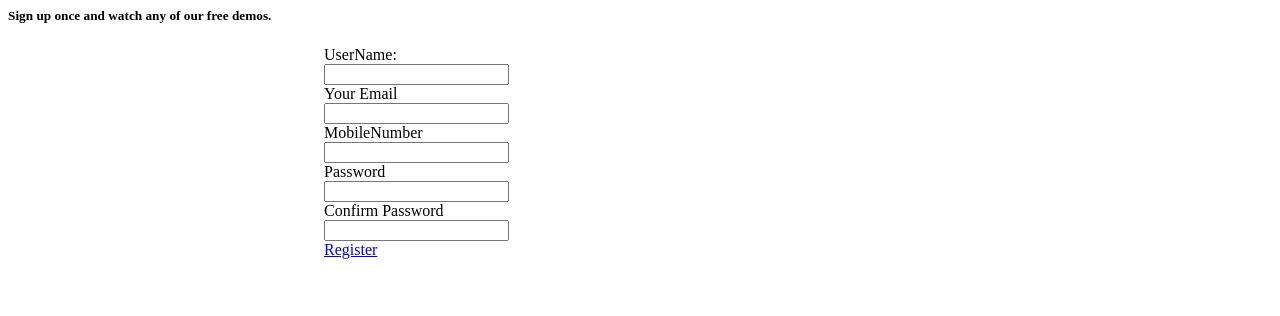
Repository: SUPRIGA/SecondProject
Page: CollaborationFrontEnd/src/main/webapp/user/register.html
An editor plug-in stored every save of this project. The page is shown before and after the next save, followed by the edit.
The browser window is 1280 px wide. The pictures show the whole page.

Above is the page before, as saved 2017-01-16 08:47:40.

### CollaborationFrontEnd/src/main/webapp/user/register.html

	<!--
			<form ng-submit="ctrl.submit()" method="post" style="margin-left: 25%;" name="myForm">
			<h2 style="margin-bottom: 0em;">Register Here</h2>
			<section class="content bgcolor-1" style="margin-top: -3em;">
					<span class="input input--nao" style="margin-top: 0em;">
					<input class="input__field input__field--nao" type="text" id="userName" name="userName" ng-model="ctrl.user.userName" />
					<label class="input__label input__label--nao" for="userName">
						<span class="input__label-content input__label-content--nao">Username</span>
					</label>
					<svg class="graphic graphic--nao" width="300%" height="100%" viewBox="0 0 1200 60" preserveAspectRatio="none">
						<path d="M0,56.5c0,0,298.666,0,399.333,0C448.336,56.5,513.994,46,597,46c77.327,0,135,10.5,200.999,10.5c95.996,0,402.001,0,402.001,0"/>
					</svg>
				</span><br>

					<span class="input input--nao" style="margin-top: -1em;">
					<input class="input__field input__field--nao " type="password" id="passWord" name="passWord" ng-model="ctrl.user.passWord" required  ng-minlength="8"/>
					<label class="input__label input__label--nao" for="passWord">
						<span class="input__label-content input__label-content--nao password">Password</span>
					</label>
					<svg class="graphic graphic--nao" width="300%" height="100%" viewBox="0 0 1200 60" preserveAspectRatio="none">
						<path d="M0,56.5c0,0,298.666,0,399.333,0C448.336,56.5,513.994,46,597,46c77.327,0,135,10.5,200.999,10.5c95.996,0,402.001,0,402.001,0"/>
					</svg>
				</span><br>
					<span class="input input--nao " style="margin-top: -1em;">
					<input class="input__field input__field--nao" type="password" id="confirmPass" name="confirmPass" ng-model="ctrl.user.confirmPass" onkeyup="checkPass(); return false;"/>
					<label class="input__label input__label--nao" for="confirmPass">
						<span class="input__label-content input__label-content--nao">Confirm Password</span>
					</label>
					<svg class="graphic graphic--nao" width="300%" height="100%" viewBox="0 0 1200 60" preserveAspectRatio="none">
						<path d="M0,56.5c0,0,298.666,0,399.333,0C448.336,56.5,513.994,46,597,46c77.327,0,135,10.5,200.999,10.5c95.996,0,402.001,0,402.001,0"/>
					</svg>
				</span><span id="confirmMessage" class="confirmMessage"></span><br>
				<span class="input input--nao" style="margin-top: -1em;">
					<input class="input__field input__field--nao" type="email" id="emailId" name="emailId" ng-model="ctrl.user.emailId"/>
					<label class="input__label input__label--nao" for="emailId">
						<span class="input__label-content input__label-content--nao">Email</span>
					</label>
					<svg class="graphic graphic--nao" width="300%" height="100%" viewBox="0 0 1200 60" preserveAspectRatio="none">
						<path d="M0,56.5c0,0,298.666,0,399.333,0C448.336,56.5,513.994,46,597,46c77.327,0,135,10.5,200.999,10.5c95.996,0,402.001,0,402.001,0"/>
					</svg>
				</span><br>
				<span class="input input--nao" style="margin-top: -1em;">
					<input class="input__field input__field--nao" type="text" id="phoneNo" name="phoneNo" ng-model="ctrl.user.phoneNo"/>
					<label class="input__label input__label--nao" for="phoneNo">
						<span class="input__label-content input__label-content--nao">Phone Number</span>
					</label>
					<svg class="graphic graphic--nao" width="300%" height="100%" viewBox="0 0 1200 60" preserveAspectRatio="none">
						<path d="M0,56.5c0,0,298.666,0,399.333,0C448.336,56.5,513.994,46,597,46c77.327,0,135,10.5,200.999,10.5c95.996,0,402.001,0,402.001,0"/>
					</svg>
				</span><br>
				<span class="input input--nao" style="margin-top: -1em;">
					<input class="input__field input__field--nao" type="text" id="address" name="address" ng-model="ctrl.user.address"/>
					<label class="input__label input__label--nao" for="address">
						<span class="input__label-content input__label-content--nao">Address</span>
					</label>
					<svg class="graphic graphic--nao" width="300%" height="100%" viewBox="0 0 1200 60" preserveAspectRatio="none">
						<path d="M0,56.5c0,0,298.666,0,399.333,0C448.336,56.5,513.994,46,597,46c77.327,0,135,10.5,200.999,10.5c95.996,0,402.001,0,402.001,0"/>
					</svg>
				</span><br>
					<span class="input input--nao" style="margin-top: -1em;">
					<input class="input__field input__field--nao" type="text" id="zipCode" name="zipCode" ng-model="ctrl.user.zipCode"/>
					<label class="input__label input__label--nao" for="zipCode">
						<span class="input__label-content input__label-content--nao">Zip Code</span>
					</label>
					<svg class="graphic graphic--nao" width="300%" height="100%" viewBox="0 0 1200 60" preserveAspectRatio="none">
						<path d="M0,56.5c0,0,298.666,0,399.333,0C448.336,56.5,513.994,46,597,46c77.327,0,135,10.5,200.999,10.5c95.996,0,402.001,0,402.001,0"/>
					</svg>
				</span><br>
				<span class="input input--nao" style="margin-top: 0em;" >
					<select name="role" ng-model="ctrl.user.role" style="outline: none; border-left: none; border-right: none; border-top: none; width: 100%;">
					<option value="">Select your Role</option>
						<option value="student">Student</option>
						<option value="alumini">Alumini</option>
						<option value="employee">Employee</option>
					</select>
				</span><br>
				<div class="row">
				<span class="input input--nao" style="margin-top: -1em; margin-left: 2em;">
				<a href="#login"> Existing User? </a>
				<input type="submit" name="submit" value="Register" class="btn btn-success" style="margin-left: 10em;" ng-disabled="myForm.$invalid">
				  <img ng-if="vm.dataLoading" src="data:[embedded picture, 922 characters]" />
				</span>

				</div>
			</section>




	</form> -->

			<!-- /container -->
		 <script src="js/classie.js"></script>
		<script>
			(function() {
				// trim polyfill : https://developer.mozilla.org/en-US/docs/Web/JavaScript/Reference/Global_Objects/String/Trim
				if (!String.prototype.trim) {
					(function() {
						// Make sure we trim BOM and NBSP
						var rtrim = /^[\s\uFEFF\xA0]+|[\s\uFEFF\xA0]+$/g;
						String.prototype.trim = function() {
							return this.replace(rtrim, '');
						};
					})();
				}

				[].slice.call( document.querySelectorAll( 'input.input__field' ) ).forEach( function( inputEl ) {
					// in case the input is already filled..
					if( inputEl.value.trim() !== '' ) {
						classie.add( inputEl.parentNode, 'input--filled' );
					}

					// events:
					inputEl.addEventListener( 'focus', onInputFocus );
					inputEl.addEventListener( 'blur', onInputBlur );
				} );

				function onInputFocus( ev ) {
					classie.add( ev.target.parentNode, 'input--filled' );
				}

				function onInputBlur( ev ) {
					if( ev.target.value.trim() === '' ) {
						classie.remove( ev.target.parentNode, 'input--filled' );
					}
				}
			})();
		</script>




		<div class="container">

			<div class="row main">
				<div class="main-login main-center">
				<h5>Sign up once and watch any of our free demos.</h5>
					 <form ng-submit="ctrl.submit()" method="post" style="margin-left: 25%;" name="myForm">

						<div class="form-group">
							<label for="userName" class="cols-sm-2 control-label">UserName:</label>
							<div class="cols-sm-10">
								<div class="input-group">
									<span class="input-group-addon"><i class="fa fa-user fa" aria-hidden="true"></i></span>
									<input type="text" class="form-control" type="text" id="userName" name="userName" ng-model="ctrl.user.userName" for="userName"/>
								</div>
							</div>
						</div>

						<div class="form-group">
							<label for="email" class="cols-sm-2 control-label">Your Email</label>
							<div class="cols-sm-10">
								<div class="input-group">
									<span class="input-group-addon"><i class="fa fa-envelope fa" aria-hidden="true"></i></span>
									<input type="text" class="form-control" type="email" for="emailId" id="emailId" name="emailId" ng-model="ctrl.user.emailId"/>
								</div>
							</div>
						</div>

						<div class="form-group">
							<label for="username" class="cols-sm-2 control-label">MobileNumber</label>
							<div class="cols-sm-10">
								<div class="input-group">
									<span class="input-group-addon"><i class="fa fa-users fa" aria-hidden="true"></i></span>
									<input type="text" class="form-control"type="text" id="phoneNo" for="phoneNo"  name="phoneNo" ng-model="ctrl.user.phoneNo"/>
								</div>
							</div>
						</div>

						<div class="form-group">
							<label for="password" class="cols-sm-2 control-label">Password</label>
							<div class="cols-sm-10">
								<div class="input-group">
									<span class="input-group-addon"><i class="fa fa-lock fa-lg" aria-hidden="true"></i></span>
									<input type="password" class="form-control" type="password" for="passWord"  id="passWord" name="passWord" ng-model="ctrl.user.passWord" required  ng-minlength="8"/>
								</div>
							</div>
						</div>

						<div class="form-group">
							<label for="confirm" class="cols-sm-2 control-label">Confirm Password</label>
							<div class="cols-sm-10">
								<div class="input-group">
									<span class="input-group-addon"><i class="fa fa-lock fa-lg" aria-hidden="true"></i></span>
									<input type="password" class="form-control"type="password" id="confirmPass" name="confirmPass" for="confirmPass" ng-model="ctrl.user.confirmPass" onkeyup="checkPass(); return false;"/>
								</div>
							</div>
						</div>

						<div class="form-group ">
							<a href="http://deepak646.blogspot.in" target="_blank" type="button" id="button" class="btn btn-primary btn-lg btn-block login-button">Register</a>
						</div>

					</form>
				</div>
			</div>
		</div>

		 <!-- jQuery (necessary for Bootstrap's JavaScript plugins) -->

### CollaborationFrontEnd/src/main/webapp/js/classie.js
/*!
 * classie - class helper functions
 * from bonzo https://github.com/ded/bonzo
 *
 * classie.has( elem, 'my-class' ) -> true/false
 * classie.add( elem, 'my-new-class' )
 * classie.remove( elem, 'my-unwanted-class' )
 * classie.toggle( elem, 'my-class' )
 */

/*jshint browser: true, strict: true, undef: true */
/*global define: false */

( function( window ) {

'use strict';

// class helper functions from bonzo https://github.com/ded/bonzo

function classReg( className ) {
  return new RegExp("(^|\\s+)" + className + "(\\s+|$)");
}

// classList support for class management
// altho to be fair, the api sucks because it won't accept multiple classes at once
var hasClass, addClass, removeClass;

if ( 'classList' in document.documentElement ) {
  hasClass = function( elem, c ) {
    return elem.classList.contains( c );
  };
  addClass = function( elem, c ) {
    elem.classList.add( c );
  };
  removeClass = function( elem, c ) {
    elem.classList.remove( c );
  };
}
else {
  hasClass = function( elem, c ) {
    return classReg( c ).test( elem.className );
  };
  addClass = function( elem, c ) {
    if ( !hasClass( elem, c ) ) {
      elem.className = elem.className + ' ' + c;
    }
  };
  removeClass = function( elem, c ) {
    elem.className = elem.className.replace( classReg( c ), ' ' );
  };
}

function toggleClass( elem, c ) {
  var fn = hasClass( elem, c ) ? removeClass : addClass;
  fn( elem, c );
}

var classie = {
  // full names
  hasClass: hasClass,
  addClass: addClass,
  removeClass: removeClass,
  toggleClass: toggleClass,
  // short names
  has: hasClass,
  add: addClass,
  remove: removeClass,
  toggle: toggleClass
};

// transport
if ( typeof define === 'function' && define.amd ) {
  // AMD
  define( classie );
} else {
  // browser global
  window.classie = classie;
}

})( window );

After the next save:
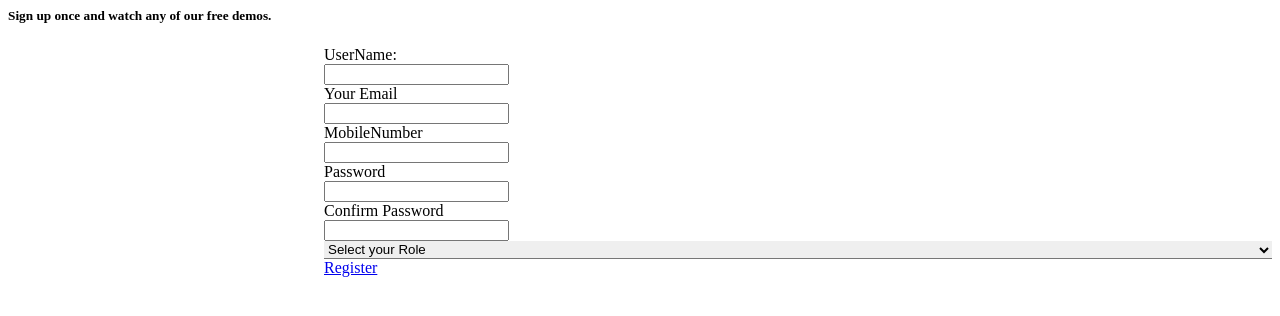
Saved 101 s later.
--- a/CollaborationFrontEnd/src/main/webapp/user/register.html
+++ b/CollaborationFrontEnd/src/main/webapp/user/register.html
@@ -188,6 +188,16 @@
 							</div>
 						</div>
 
+               <div class="form-group">
+                  <span class="input input--nao" style="margin-top: 0em;" >
+					<select name="role" ng-model="ctrl.user.role" style="outline: none; border-left: none; border-right: none; border-top: none; width: 100%;">
+					<option value="">Select your Role</option>
+						<option value="student">Student</option>
+						<option value="alumini">Alumini</option>
+						<option value="employee">Employee</option>
+					</select>
+				</span><br>
+				</div>
 						<div class="form-group ">
 							<a href="http://deepak646.blogspot.in" target="_blank" type="button" id="button" class="btn btn-primary btn-lg btn-block login-button">Register</a>
 						</div>
